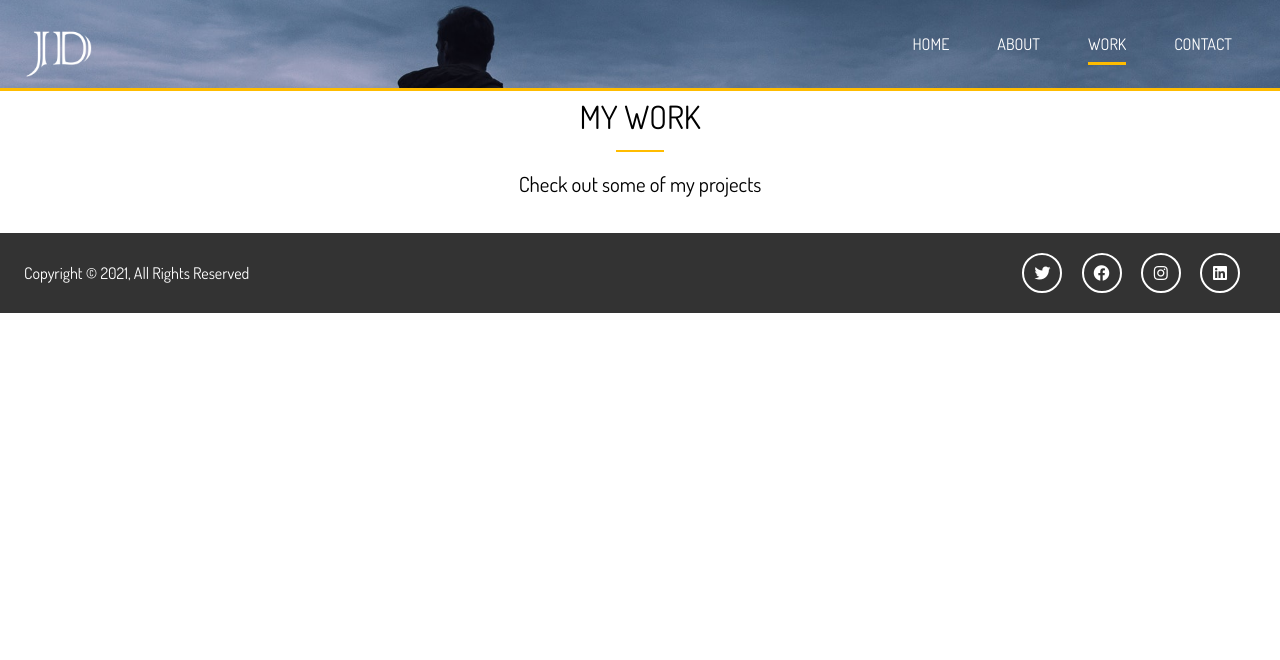
Repository: minhtien9/Portfolio_Website
Page: diet/work.html
These files come from the project's save history. The page is drawn as it stood at one moment and after the next save; the edit follows.
The browser window is 1280 px wide. The pictures show the whole page.

Above is the page before, as saved 2021-08-29 12:13:21.

After the next save:
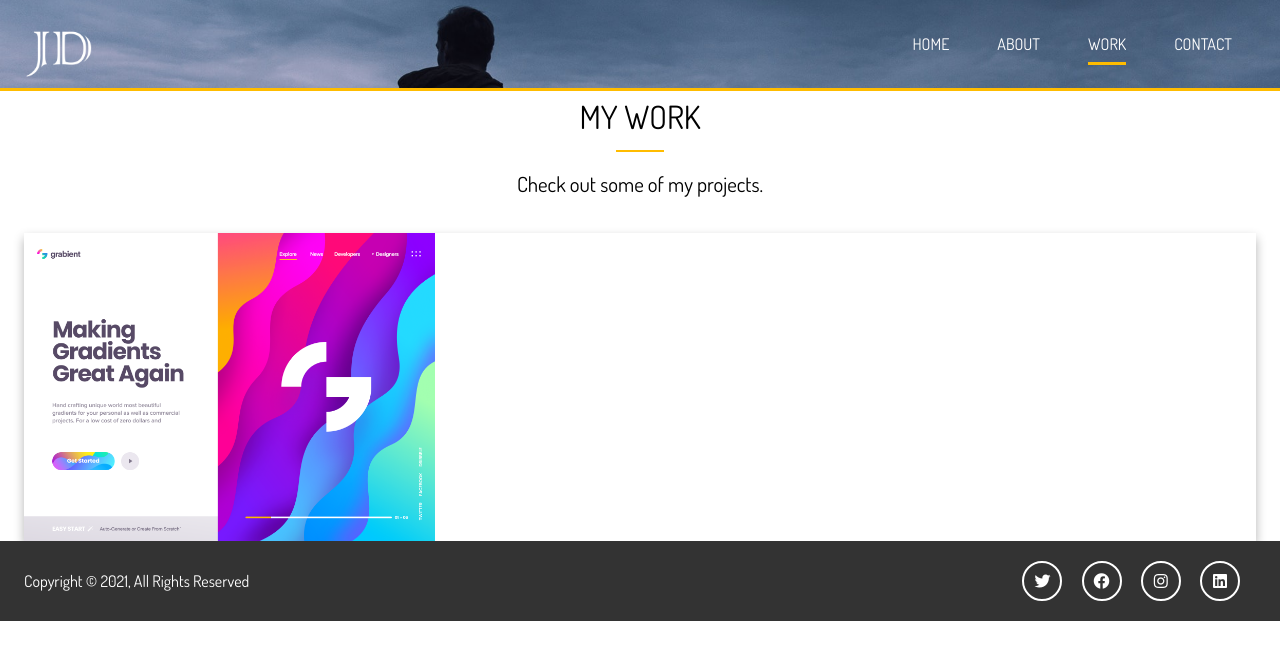
Saved 31 s later.
--- a/diet/work.html
+++ b/diet/work.html
@@ -38,7 +38,14 @@
       <div class="container">
         <h2 class="section-title">My Work</h2>
         <div class="bottom-line"></div>
-        <p class="lead">Check out some of my projects</p>
+        <p class="lead">Check out some of my projects.</p>
+        <div class="items">
+          <div class="item">
+            <div class="item-image">
+              <img src="img/items/item1.png" alt="" />
+            </div>
+          </div>
+        </div>
       </div>
     </section>
     <!-- Footer -->
